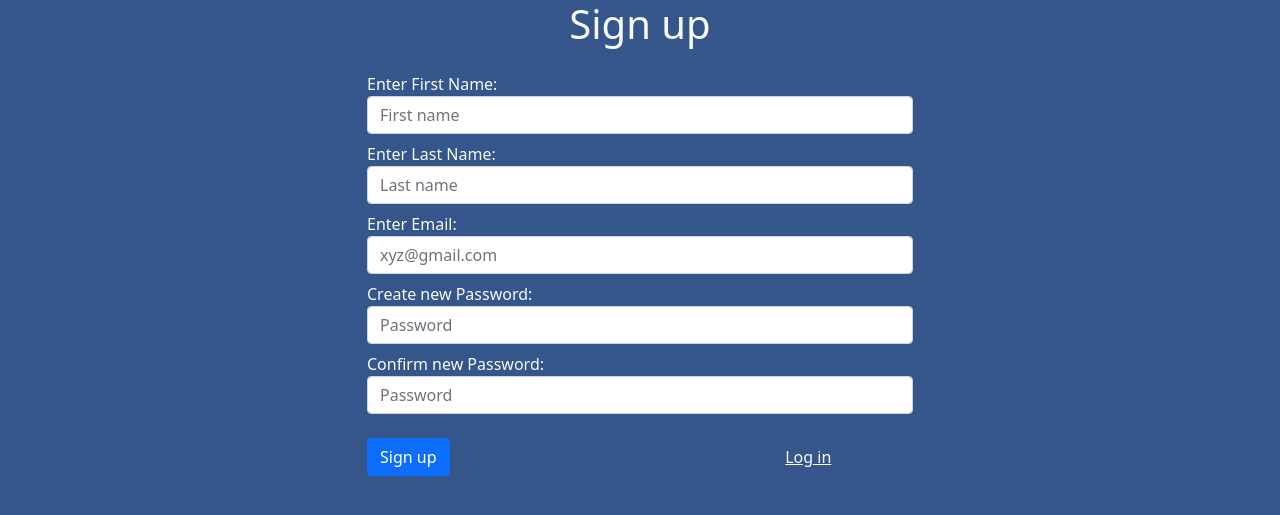
Repository: paresh-art/MyWebsite
Page: http://localhost/com.website/signup.jsp
These files come from the project's save history. The page is drawn as it stood at one moment and after the next save; the edit follows.
The browser window is 1280 px wide. The pictures show the whole page.
The page is served by Tomcat 9. Other server files are loaded and not shown.

Above is the page before, as saved 2022-11-08 13:31:52.

### com.website/src/main/webapp/signup.jsp
<%@ page language="java" contentType="text/html; charset=UTF-8"
	pageEncoding="UTF-8"%>
<!doctype html>
<html lang="en">
<head>
<!-- Required meta tags -->
<meta charset="utf-8">
<meta name="viewport" content="width=device-width, initial-scale=1">
<!-- Bootstrap CSS -->
<link
	href="https://cdn.jsdelivr.net/npm/bootstrap@5.0.2/dist/css/bootstrap.min.css"
	rel="stylesheet"
	integrity="sha384-EVSTQN3/azprG1Anm3QDgpJLIm9Nao0Yz1ztcQTwFspd3yD65VohhpuuCOmLASjC"
	crossorigin="anonymous">

<title>Sign up page</title>
</head>
<body style="background-color: #34568B;">
	<div class="container">
		<h1 class="mx-auto text-center text-light">Sign up</h1>
		<form action="signup" class="mt-4" method="post">
			<div class="row">
				<div class="col-lg-6 col-md-8 col-sm-12 mx-auto text-light">
					Enter First Name:<input type="text" class="form-control"
						placeholder="First name" name="fname" >
				</div>
			</div>

			<div class="row mt-2">
				<div class="col-lg-6 col-md-8 col-sm-12 mx-auto text-light">
					Enter Last Name:<input type="text" class="form-control"
						placeholder="Last name" name="lname">
				</div>
			</div>
			<div class="row mt-2">
				<div class="col-lg-6 col-md-8 col-sm-12 mx-auto text-light">
					Enter Email:<input type="text" class="form-control"
						placeholder="xyz@gmail.com" name="email" >
				</div>
			</div>
			<div class="row mt-2">
				<div class="col-lg-6 col-md-8 col-sm-12 mx-auto text-light">
					Create new Password:<input type="password" class="form-control"
						placeholder="Password">
				</div>
			</div>
			<div class="row mt-2">
				<div class="col-lg-6 col-md-8 col-sm-12 mx-auto text-light">
					Confirm new Password:<input type="password" class="form-control"
						placeholder="Password" name="password" >
				</div>
			</div>
			<br>
			<div class="row">
				<div class="col-lg-6 col-md-8 col-sm-12 mx-auto text-light">
					<button class="btn btn-primary " type="submit">Sign up</button>
					<a href="signIn.jsp" class="btn btn-link offset-7 text-light">Log in</a>
				</div>

			</div>
		</form>
	</div>

	<!-- Optional JavaScript; choose one of the two! -->

	<!-- Option 1: Bootstrap Bundle with Popper -->
	<script
		src="https://cdn.jsdelivr.net/npm/bootstrap@5.0.2/dist/js/bootstrap.bundle.min.js"
		integrity="sha384-MrcW6ZMFYlzcLA8Nl+NtUVF0sA7MsXsP1UyJoMp4YLEuNSfAP+JcXn/tWtIaxVXM"
		crossorigin="anonymous"></script>

	<!-- Option 2: Separate Popper and Bootstrap JS -->
	<!--
    <script src="https://cdn.jsdelivr.net/npm/@popperjs/core@2.9.2/dist/umd/popper.min.js" integrity="sha384-IQsoLXl5PILFhosVNubq5LC7Qb9DXgDA9i+tQ8Zj3iwWAwPtgFTxbJ8NT4GN1R8p" crossorigin="anonymous"></script>
    <script src="https://cdn.jsdelivr.net/npm/bootstrap@5.0.2/dist/js/bootstrap.min.js" integrity="sha384-cVKIPhGWiC2Al4u+LWgxfKTRIcfu0JTxR+EQDz/bgldoEyl4H0zUF0QKbrJ0EcQF" crossorigin="anonymous"></script>
    -->
</body>
</html>

After the next save:
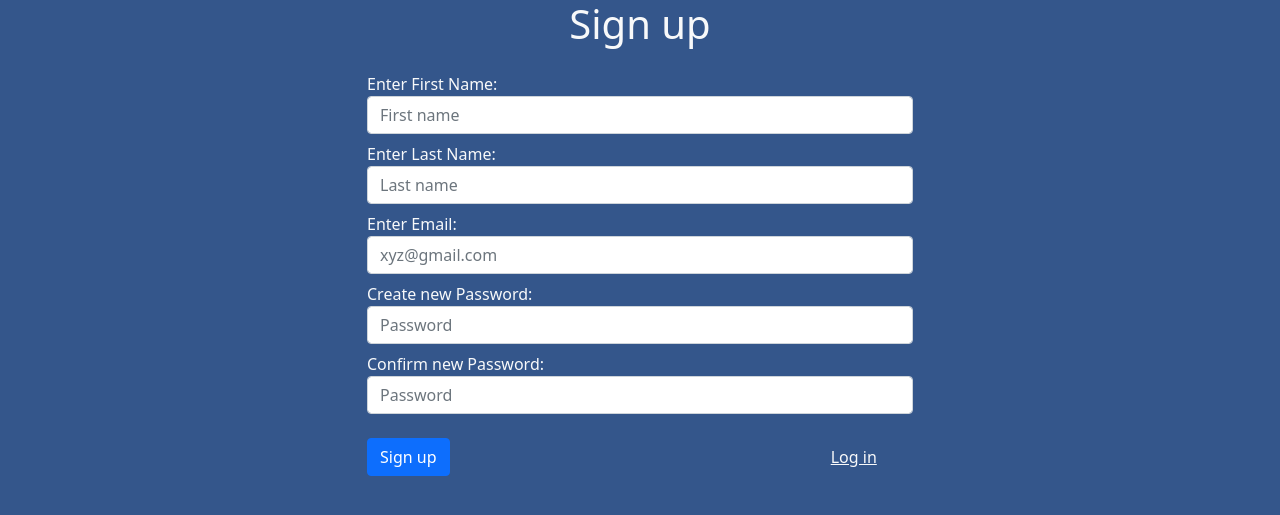
Saved 41 s later.
--- a/com.website/src/main/webapp/signup.jsp
+++ b/com.website/src/main/webapp/signup.jsp
@@ -54,7 +54,7 @@
 			<div class="row">
 				<div class="col-lg-6 col-md-8 col-sm-12 mx-auto text-light">
 					<button class="btn btn-primary " type="submit">Sign up</button>
-					<a href="signIn.jsp" class="btn btn-link offset-7 text-light">Log in</a>
+					<a href="signIn.jsp" class="btn btn-link offset-8 text-light">Log in</a>
 				</div>
 
 			</div>
